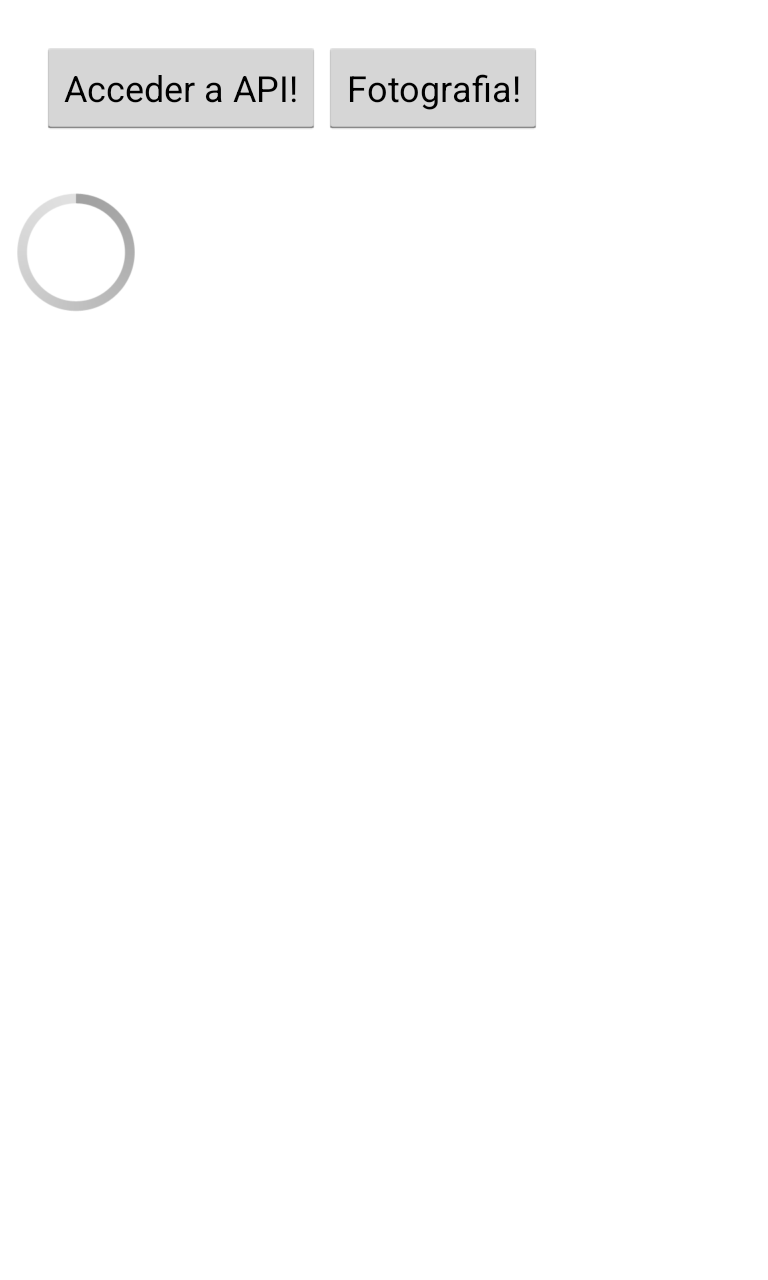
Repository: sstevenmr/SP-Galileo
Layout: Demo3_10/res/layout/activity_main.xml
The author's editor kept a copy of each file at every save. The layout is drawn from the files as they stood at one save, then again after the next save.
It is drawn on a 768 x 1280 px phone screen (xhdpi) without system bars, with theme AppTheme; the app's code is not run. Lists and similar views that code fills are empty.

Above is the layout before, as saved 2014-02-24 17:17:01.

### Demo3_10/res/layout/activity_main.xml
<LinearLayout xmlns:android="http://schemas.android.com/apk/res/android"
    xmlns:tools="http://schemas.android.com/tools"
    android:layout_width="match_parent"
    android:layout_height="match_parent"
    android:orientation="vertical"
    tools:context=".MainActivity" >

   	<LinearLayout
        android:orientation="horizontal"
        android:layout_width="match_parent"
        android:paddingBottom="20dp"
        android:padding="20dp"
        android:layout_height="wrap_content" >

   		<Button
   		    android:id="@+id/btnUpdate"
   		    android:layout_width="wrap_content"
   		    android:layout_height="wrap_content"
   		    android:gravity="center"
   		    android:text="@string/btn_Update" />

   		<Button
   		    android:id="@+id/btnPhoto"
   		    android:layout_width="wrap_content"
   		    android:layout_height="match_parent"
   		    android:gravity="center"
   		    android:text="@string/btn_Photo" />

    </LinearLayout>

   	<ProgressBar
   	    android:id="@+id/progressBar"
   	    style="?android:attr/progressBarStyleLarge"
   	    android:layout_width="wrap_content"
   	    android:layout_height="wrap_content" />

    <GridView
        android:id="@+id/grid"
        android:layout_width="match_parent"
        android:layout_height="wrap_content"
        android:layout_marginTop="20dp"
        android:numColumns="2" >
    </GridView>

</LinearLayout>

### Demo3_10/res/values/strings.xml
<?xml version="1.0" encoding="utf-8"?>
<resources>

    <string name="app_name">Demo3</string>
    <string name="action_settings">Settings</string>
    <string name="hello_world">Hello world!</string>
    <string name="btn_Photo">Fotografia!</string>
    <string name="btn_Update">Acceder a API!</string>
    <string name="msg_yes">si</string>
    <string name="msg_no">no</string>
    <string name="title_activity_camera">CameraActivity</string>
	<string name="btn_from_gallery">Desde la galeria</string>
	<string name="btn_from_camera">Desde la camara</string>
</resources>

Loaded but not shown: Demo3_10/res/values/styles.xml (common file); Demo3_10/res/values-v11/styles.xml (common file); Demo3_10/res/values-v14/styles.xml (common file)

After the next save:
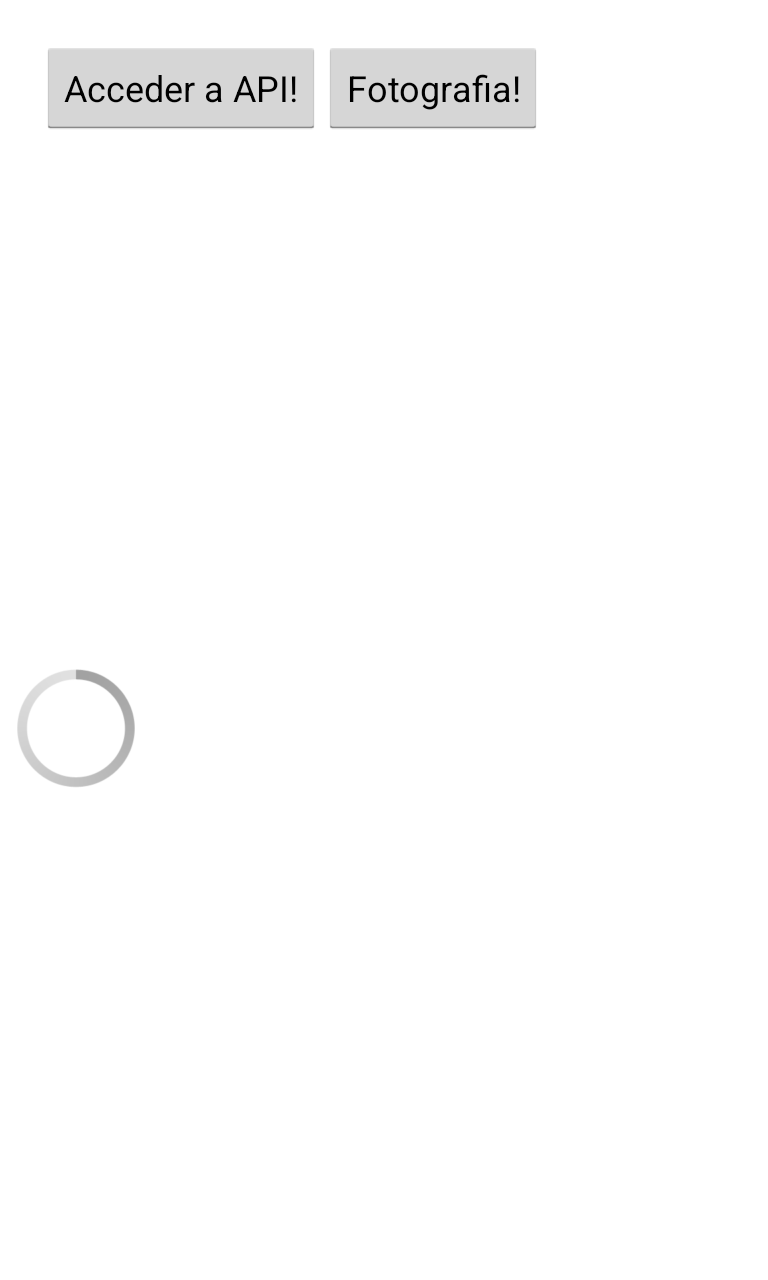
Saved 17 s later.
--- a/Demo3_10/res/layout/activity_main.xml
+++ b/Demo3_10/res/layout/activity_main.xml
@@ -32,7 +32,7 @@
    	    android:id="@+id/progressBar"
    	    style="?android:attr/progressBarStyleLarge"
    	    android:layout_width="wrap_content"
-   	    android:layout_height="wrap_content" />
+   	    android:layout_height="match_parent" />
 
     <GridView
         android:id="@+id/grid"
